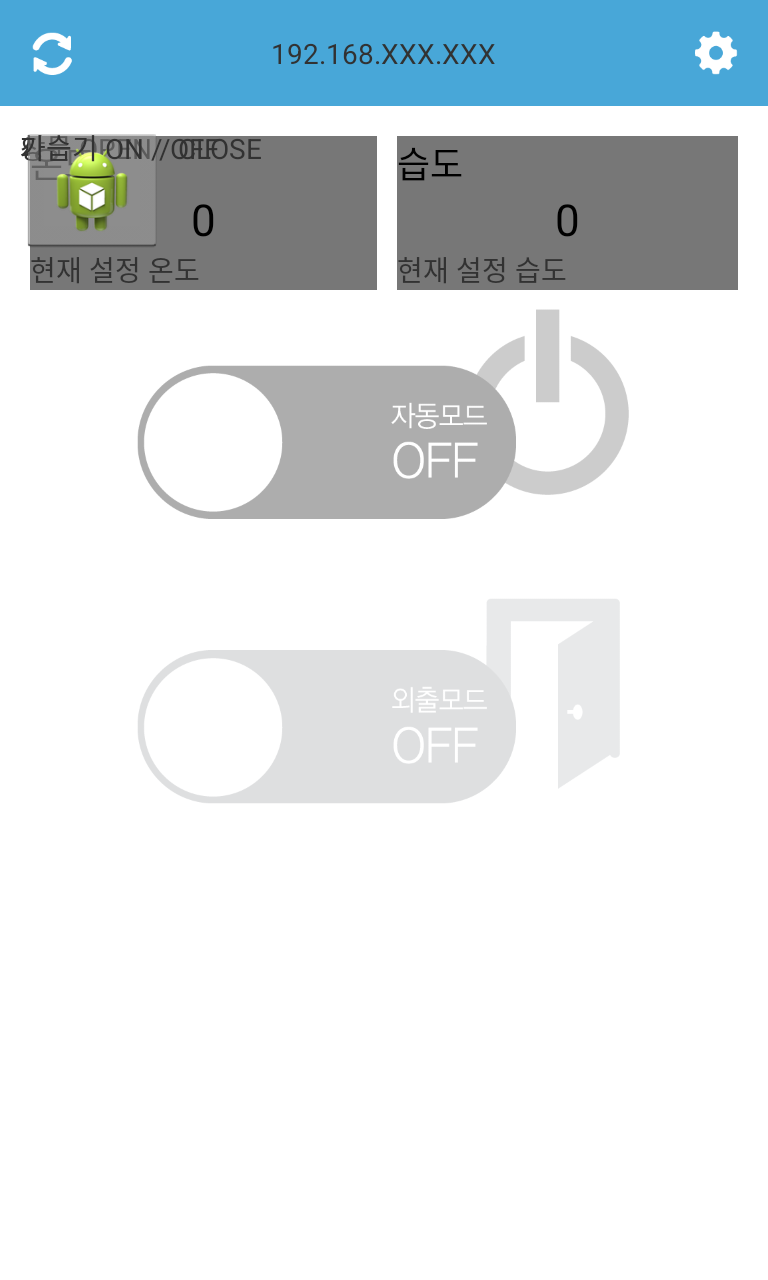
Repository: YeoeunJeong/SinNaYeo
Layout: sny_android/SinNaYeoAndroid/res/layout/activity_sin_na_yeo_main.xml
The author's editor kept a copy of each file at every save. The layout is drawn from the files as they stood at one save, then again after a run of saves.
It is drawn on a 768 x 1280 px phone screen (xhdpi) without system bars, with theme android:Theme.Holo.Light.NoActionBar; the app's code is not run.

Above is the layout before, as saved 2015-09-24 19:08:02.

### sny_android/SinNaYeoAndroid/res/layout/activity_sin_na_yeo_main.xml
<LinearLayout xmlns:android="http://schemas.android.com/apk/res/android"
    xmlns:tools="http://schemas.android.com/tools"
    android:id="@+id/LinearLayout1"
    android:layout_width="match_parent"
    android:layout_height="match_parent"
    android:orientation="vertical"
    tools:context=".SinNaYeoMainActivity" >

    <RelativeLayout
        android:layout_width="match_parent"
        android:layout_height="53dp "
        android:background="#48A7d8" >

        <ImageButton
            android:id="@+id/main_renew_btn"
            android:layout_width="wrap_content"
            android:layout_height="wrap_content"
            android:layout_alignParentLeft="true"
            android:layout_gravity="center_vertical"
            android:layout_marginLeft="15dp"
            android:layout_marginTop="15dp"
            android:background="#00ff0000"
            android:onClick="mOnClick"
            android:src="@drawable/btn_main_renew" />

        <ImageButton
            android:id="@+id/main_setting_btn"
            android:layout_width="wrap_content"
            android:layout_height="wrap_content"
            android:layout_alignParentRight="true"
            android:layout_marginRight="15dp"
            android:layout_marginTop="15dp"
            android:background="#00ff0000"
            android:src="@drawable/btn_main_setting" />

        <TextView
            android:id="@+id/main_ip_tv"
            android:layout_width="wrap_content"
            android:layout_height="wrap_content"
            android:layout_centerHorizontal="true"
            android:layout_centerVertical="true"
            android:text="192.168.XXX.XXX" />
    </RelativeLayout>

    <RelativeLayout
        android:layout_width="match_parent"
        android:layout_height="match_parent"
        android:orientation="vertical"
        android:padding="10dp" >



        <ImageButton
            android:id="@+id/main_automode_btn"
            android:layout_width="wrap_content"
            android:layout_height="wrap_content"
            android:layout_centerHorizontal="true"
            android:layout_marginTop="86.33dp"
            android:background="#00ff0000"
            android:src="@drawable/btn_auto_off" />

        <TextView
            android:layout_width="wrap_content"
            android:layout_height="wrap_content"
            android:clickable="false"
            android:text="자동모드 ON / OFF" />

        <ImageButton
            android:id="@+id/main_outing_btn"
            android:layout_width="wrap_content"
            android:layout_height="wrap_content"
            android:layout_below="@id/main_automode_btn"
            android:layout_centerHorizontal="true"
            android:layout_marginTop="28.67dp"
            android:onClick="mOnClick"
            android:background="#00ff0000"
            android:src="@drawable/btn_outing_nonclickable" />

        <TextView
            android:layout_width="wrap_content"
            android:layout_height="wrap_content"
            android:text="외출모드 ON / OFF" />

        <TextView
            android:id="@+id/main_outing_tv"
            android:layout_width="wrap_content"
            android:layout_height="wrap_content"
            android:text="외출 관리는 2시간 후에 시작됩니다."
            android:visibility="invisible" />

        <LinearLayout
            android:layout_width="match_parent"
            android:layout_height="wrap_content" >

            <LinearLayout
                android:layout_width="wrap_content"
                android:layout_height="wrap_content"
                android:layout_margin="5dp"
                android:layout_weight="1"
                android:background="#777777"
                android:orientation="vertical" >

                <TextView
                    android:layout_width="wrap_content"
                    android:layout_height="wrap_content"
                    android:text="온도"
                    android:textAppearance="?android:attr/textAppearanceMedium" />

                <TextView
                    android:id="@+id/main_now_temper_tv"
                    android:layout_width="wrap_content"
                    android:layout_height="wrap_content"
                    android:layout_gravity="center"
                    android:text="0"
                    android:textAppearance="?android:attr/textAppearanceLarge" />

                <TextView
                    android:id="@+id/main_set_temper_tv"
                    android:layout_width="wrap_content"
                    android:layout_height="wrap_content"
                    android:text="현재 설정 온도 "
                    android:textAppearance="?android:attr/textAppearanceSmall" />
            </LinearLayout>

            <LinearLayout
                android:layout_width="wrap_content"
                android:layout_height="wrap_content"
                android:layout_margin="5dp"
                android:layout_weight="1"
                android:background="#777777"
                android:orientation="vertical" >

                <TextView
                    android:layout_width="wrap_content"
                    android:layout_height="wrap_content"
                    android:text="습도"
                    android:textAppearance="?android:attr/textAppearanceMedium" />

                <TextView
                    android:id="@+id/main_now_humid_tv"
                    android:layout_width="wrap_content"
                    android:layout_height="wrap_content"
                    android:layout_gravity="center"
                    android:text="0"
                    android:textAppearance="?android:attr/textAppearanceLarge" />

                <TextView
                    android:id="@+id/main_set_humid_tv"
                    android:layout_width="wrap_content"
                    android:layout_height="wrap_content"
                    android:text="현재 설정 습도"
                    android:textAppearance="?android:attr/textAppearanceSmall" />
            </LinearLayout>
        </LinearLayout>

        <ImageButton
            android:id="@+id/main_window_btn"
            android:layout_width="wrap_content"
            android:layout_height="wrap_content"
            android:onClick="mOnClick"
            android:src="@drawable/ic_launcher" />

        <TextView
            android:id="@+id/textView2"
            android:layout_width="wrap_content"
            android:layout_height="wrap_content"
            android:text="창문 OPEN / CLOSE" />

        <ImageButton
            android:id="@+id/main_humidifier_btn"
            android:layout_width="wrap_content"
            android:layout_height="wrap_content"
            android:onClick="mOnClick"
            android:src="@drawable/ic_launcher" />

        <TextView
            android:layout_width="wrap_content"
            android:layout_height="wrap_content"
            android:text="가습기 ON / OFF" />
    </RelativeLayout>

</LinearLayout>

After the next 2 saves:
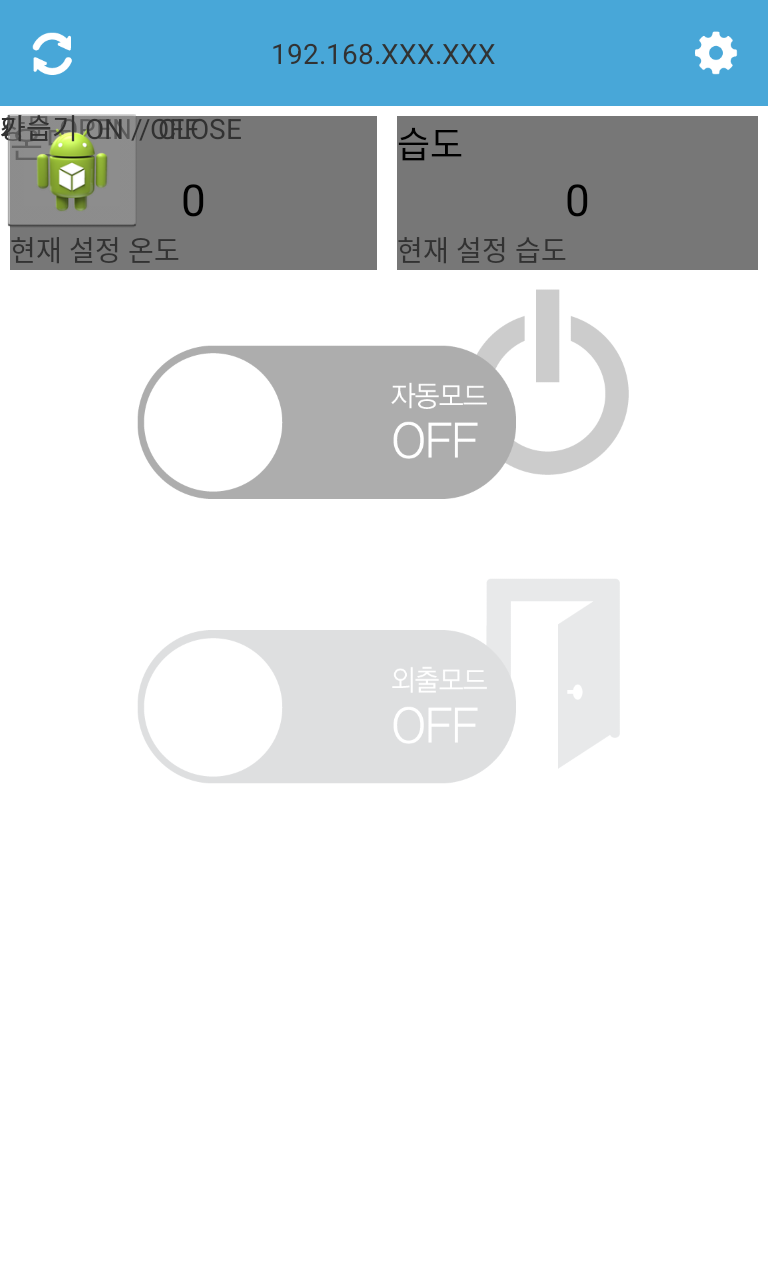
The 2 saves are shown as one change because they came seconds apart.
The last was saved 6 s later.
--- a/sny_android/SinNaYeoAndroid/res/layout/activity_sin_na_yeo_main.xml
+++ b/sny_android/SinNaYeoAndroid/res/layout/activity_sin_na_yeo_main.xml
@@ -45,10 +45,7 @@
     <RelativeLayout
         android:layout_width="match_parent"
         android:layout_height="match_parent"
-        android:orientation="vertical"
-        android:padding="10dp" >
-
-
+        android:orientation="vertical" >
 
         <ImageButton
             android:id="@+id/main_automode_btn"
@@ -72,8 +69,8 @@
             android:layout_below="@id/main_automode_btn"
             android:layout_centerHorizontal="true"
             android:layout_marginTop="28.67dp"
+            android:background="#00ff0000"
             android:onClick="mOnClick"
-            android:background="#00ff0000"
             android:src="@drawable/btn_outing_nonclickable" />
 
         <TextView
